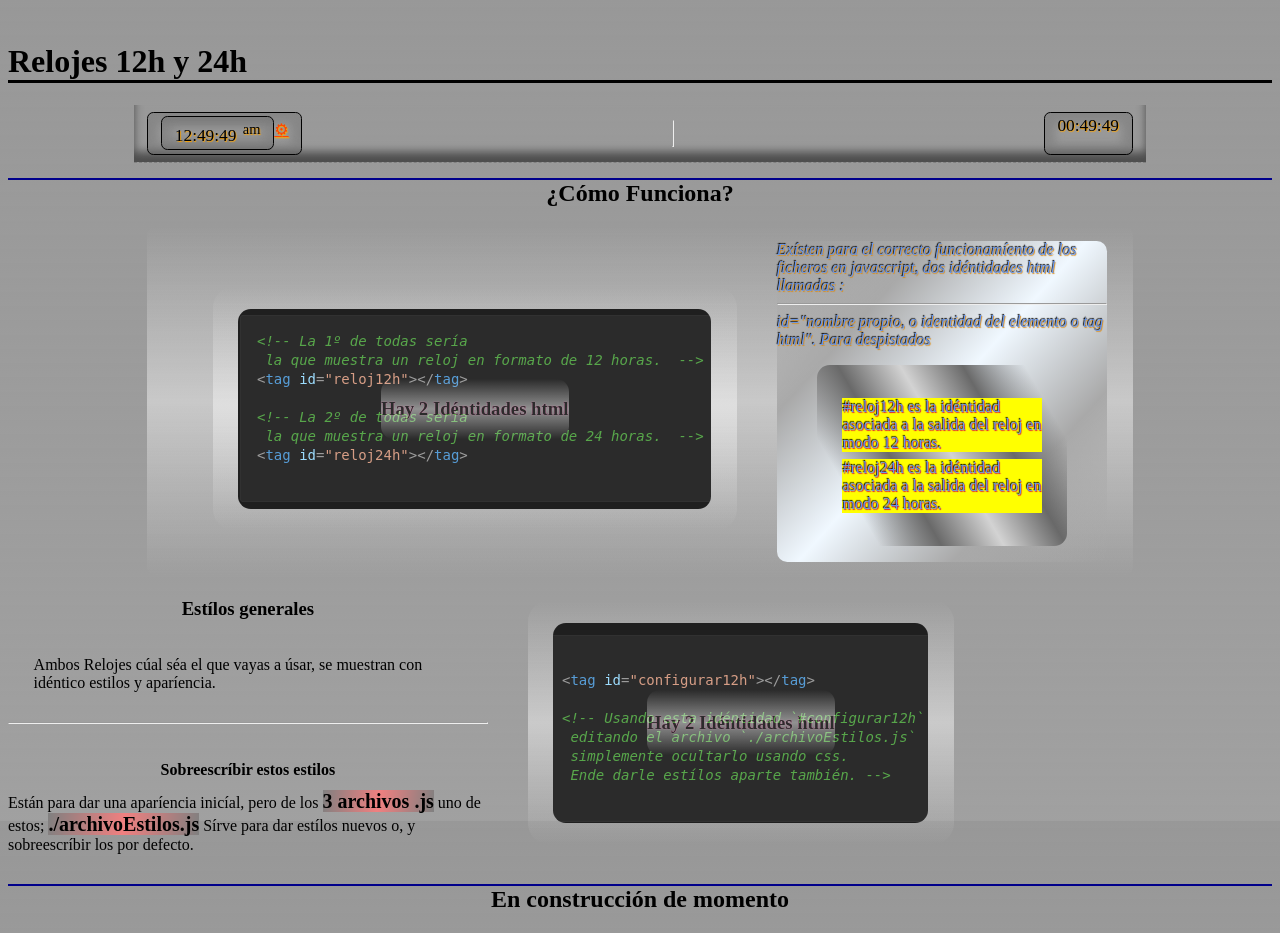
Repository: marcostonfor/clocks
Page: index.html
These files come from the project's save history. The page is drawn as it stood at one moment and after the next save; the edit follows.
The browser window is 1280 px wide. The pictures show the whole page.

Above is the page before, as saved 2024-09-19 01:22:09.

### index.html
<!DOCTYPE html>
<html lang="ca-ES, en-US">

<head>
    <meta charset="utf-8">
    <meta name="viewport" content="width=device-width, initial-scale=1">
    <title>relojes</title>
    <style>

        * {
            box-sizing: border-box;
        }

        body {
            background-image: repeating-linear-gradient(0deg, hsla(0, 0%, 41%, 0.63) 12%, hsla(0, 0%, 0%, 0.404));
        }

        h1 {
            margin-top: 6vh;
            border-bottom: 0.3vw solid black;
        }

        #dosRelojes {
            width: 80%;
            height: auto;
            margin: 2vh auto;
            padding: 1vh 1vw;
            display: flex;
            border-bottom: 0.1vw dashed gray;
            /* box-shadow: inset -0.2vh 0 06px hsl(41, 100%, 50%); */
            box-shadow: inset 0 -10px 10px rgba(0, 0, 0, 0.5);
        }

        summary::marker {
            content: none !important;
        }

        summary {
            cursor: pointer !important;
            color: orangered;
            text-decoration: underline;
            margin: 0.5vh auto;
            font-size: 12pt;
        }

        #caja12h {
            display: flex;
        }

        h2 {
            text-align: center;
            margin-top: 2vh;
            border-top: 0.2vw solid darkblue;
        }

        #identidades_principales {
            display: flex;
            justify-content: space-around;
            align-items:last baseline;
            padding: 2vh 2vw;
            width: 78%;
            margin: auto auto;
            background-image: repeating-linear-gradient(0deg, transparent, hsla(0, 0%, 96%, 0.5), transparent);
            border-radius: 0.755vw;
        }

        .conFoto figure {
            position: relative;
            display: flex;
            align-items: center;
            justify-content: center;
            background-image: repeating-linear-gradient(0deg, transparent, hsla(0, 0%, 96%, 0.5), transparent);
            padding: 3vh 2vw;
            border-radius: 1.6vw;
        }

        .conFoto figure img {
            border-radius: 1vw;
        }

        .conFoto figure figcaption {
            position: absolute;
            border-radius: 1vw;
            text-shadow: 0 0 1px hotpink;
            background-image:  repeating-linear-gradient(0deg, transparent, hsla(0, 0%, 96%, 0.5), transparent);
            mix-blend-mode: screen;
        }

        .conTexto  {
            width: fit-content;
            height: auto;
            color: cornflowerblue;
            text-shadow: 0.1vh 0.1vw 1px rgb(220, 140, 20), -0.1vh -0.1vw 1px black;
            background-image: repeating-linear-gradient(132deg, transparent, darkgray, aliceblue, darkgray, transparent);
            border-radius: 0.8vw;
        }

        .conTexto blockquote {
            padding: 2vw;
            border-radius: 1vw;
            background-image: linear-gradient(-120deg, transparent 12%, dimgray, lightgray, dimgray, transparent, transparent);
        }

        .conTexto blockquote mark {
            text-shadow: 0.1vh 0.1vw 1px rgb(220, 20, 60), -0.1vh -0.1vw 1px black;
            color: cornflowerblue !important;
            display: block;
            margin: 1vh auto;
        }

        #estilos_generales {
            width: 78%;
            display: flex;
            justify-content: space-around;
            align-items: center;

        }

        #estilos_generales article h3 {
            text-align: center;
            width: fit-content;
            margin: 3vh auto;
        }

        #textoGeneral {
            padding: 2vh 2vw;
            width: fit-content;
            /* border: 0.2vw solid black; */
            overflow: hidden;
        }

        .hache3 {
            display: block !important;
            text-align: center;
            margin: 1.5vh auto;
        }

        .code_md {
            font-weight: 800;
            font-size: calc(1em * 1.25);
            background-image: repeating-linear-gradient(98deg, gray, lightcoral, gray);
            padding: ;
        }
    </style>
</head>

<body>
    <header>
        <h1>Relojes 12h y 24h</h1>
        <aside id="dosRelojes">
            <div id="caja12h">
                <div id="reloj12h"></div>
            </div>
            <hr>
            <div id="reloj24h"></div>
        </aside>
        <nav></nav>
    </header>
    <main>
        <h2>¿Cómo Funciona?</h2>
        <section id="identidades_principales">
            <article class="conFoto">
                <figure>
                    <img src="./img/identidadesPrincipales.png" alt="foto de las id principales">
                <figcaption><h3>Hay 2 Idéntidades html</h3></figcaption>
                </figure>
            </article>
            <article class="conTexto">
                    <cite>Exísten para el correcto funcionamíento de los ficheros en javascript, dos idéntidades html
                        llamadas :</cite> <hr /><cite>id="nombre propio, o identidad del elemento o tag html". Para despistados</cite>
                <blockquote>
                    <mark>#reloj12h es la idéntidad asociada a la salida del reloj en modo 12 horas.</mark>

                    <mark>#reloj24h es la idéntidad asociada a la salida del reloj en modo 24 horas.</mark>
                </blockquote>
            </article>
        </section>
        <section id="estilos_generales">
            <article>
                <h3>Estílos generales</h3>
                <p id="textoGeneral">
                    Ambos Relojes cúal séa el que vayas a úsar, se muestran con idéntico estilos y aparíencia. <br><hr><br><strong class="hache3">Sobreescríbir estos estilos</strong>
                    Están para dar una aparíencia inicíal, pero de los <span class="code_md">3 archivos .js</span> uno de estos;

                    <span class="code_md">./archivoEstilos.js</span> Sírve para dar estílos nuevos o, y sobreescríbir los por defecto.
                </p>
            </article>
            <article class="conFoto">
                <figure>
                    <img src="./img/fotoDetails12h.png" alt="foto de las id principales">
                <figcaption><h3>Hay 2 Idéntidades html</h3></figcaption>
                </figure>
            </article>
        </section>
    </main>
    <h2>En construcción de momento</h2>
    <script type="module" src="./relojes.js"></script>
</body>

</html>

<!--<p>Este es un texto con un <span style="font-size: 125%;">texto 25% más grande</span> que el resto.</p>
-->

### relojes.js

import { estilosPersonales } from './archivoEstilos.js';
import { conf12h } from './archivoConfiguracion.js';
function laHora() {
	const Reloj = class {
		constructor(formato, salida) {
			this.ahora = new Date();
			this.reloj = {
				hora: this.ahora.getHours(),
				minuto: this.ahora.getMinutes(),
				segundo: this.ahora.getSeconds()
			};
			this._formato = formato;
			this._salida = salida;
		}

		get formato() {
			return this._formato;
		}

		get salida() {
			return this._salida;
		}

		set formato(horaActual) {
			this._formato = horaActual;
		}

		set salida(output) {
			this._salida = output;
		}

		anyadirCero(formatear) {
			return formatear <= 9 ? "0" + formatear : formatear;
		}

		_12h() {
			let horas = this.reloj.hora % 12;
			if (horas === 0) horas = 12;
			const amOpm = this.reloj.hora >= 12 ? "pm" : "am";
			this._formato = `${this.anyadirCero(horas)}:${this.anyadirCero(this.reloj.minuto)}:${this.anyadirCero(this.reloj.segundo)}<sup>${amOpm}</sup>`;
			return this._formato;
		}

		_24h() {
			this._formato = `${this.anyadirCero(this.reloj.hora)}:${this.anyadirCero(this.reloj.minuto)}:${this.anyadirCero(this.reloj.segundo)}`;
			return this._formato;
		}
	};

	const laSalida = () => {
		const salida = document.getElementById("reloj12h");
		const salida24h = document.getElementById("reloj24h");
		const doceHoras = new Reloj();
	//	salida.innerHTML = doceHoras._12h();
	//	salida24h.innerHTML = doceHoras._24h();

 // Verifica si existe el elemento #reloj12h
 if (salida) {
	salida.innerHTML = doceHoras._12h();
	conf12h(); // Llamada a la función conf12h() si el elemento existe
}

// Verifica si existe el elemento #reloj24h
if (salida24h) {
	salida24h.innerHTML = doceHoras._24h();
}


	function estiloscss(estilosPersonales) {

		const estils = document.createElement('STYLE');
		estils.textContent = `
* {
    box-sizing: border-box;
}

div {
    text-align: center;
    width: fit-content;
    border: 0.1vw solid black;
    font-size: 13pt;
    padding: 0.5vh 1vw;
    box-shadow: inset 0 0 10px 10px hsla(0, 0%, 41%, 0.397);
    font-family: 'Comic Sans MS';
    color: black;
    text-shadow: 0.1vh 0.1vw 1px orange;
    border-radius: 0.5vw;
}


sup {
    margin-left: 0.5vw !important;
}
	`;
		if (estilosPersonales) {
			estils.textContent += estilosPersonales;
		}


		document.head.appendChild(estils);
}

	// Llamada a la función con estilos adicionales
	estiloscss(estilosPersonales);


	};

// estiloscss();
return setInterval(laSalida, 1000);
}
laHora();

### archivoEstilos.js
export const estilosPersonales = `

    `;

### archivoConfiguracion.js
export function conf12h() {
    const config = document.createElement('DETAILS');
    const summary = document.createElement('SUMMARY');
    summary.innerHTML = `&#9881;`;
    config.appendChild(summary);

    // Verificar si el checkbox ya existe
    if (!document.getElementById('miCheckbox')) {
        const checkbox = document.createElement('input');
        checkbox.type = 'checkbox';
        checkbox.id = 'miCheckbox';
        checkbox.checked = true; // Mostrar <sup> por defecto

        const label = document.createElement('label');
        label.htmlFor = 'miCheckbox'; // Asegúrate de que coincida con el id del checkbox
        label.textContent = 'Ver "am" "pm"';

        // Crear un elemento <style> para manejar la visibilidad de <sup>
        let estils = document.getElementById('dynamicStyles');
        if (!estils) {
            estils = document.createElement('style');
            estils.id = 'dynamicStyles';
            document.head.appendChild(estils);
        }

        // Función para actualizar el estilo de <sup>
        const updateSupVisibility = () => {
            if (checkbox.checked) {
                estils.textContent = `
                    sup {
                        display: inline !important;
                    }
                `;
            } else {
                estils.textContent = `
                    sup {
                        display: none !important;
                    }
                `;
            }
        };

        // Inicializar el estilo de <sup>
        updateSupVisibility();

        // Agregar un evento al checkbox para alternar la visibilidad de <sup>
        checkbox.addEventListener('change', updateSupVisibility);

        const mostrarConfiguracion = document.getElementById('caja12h');
        // Agregar el checkbox y el label al cuerpo del documento
        label.appendChild(checkbox);
        config.appendChild(label);
        mostrarConfiguracion.appendChild(config);
    }
}

After the next save:
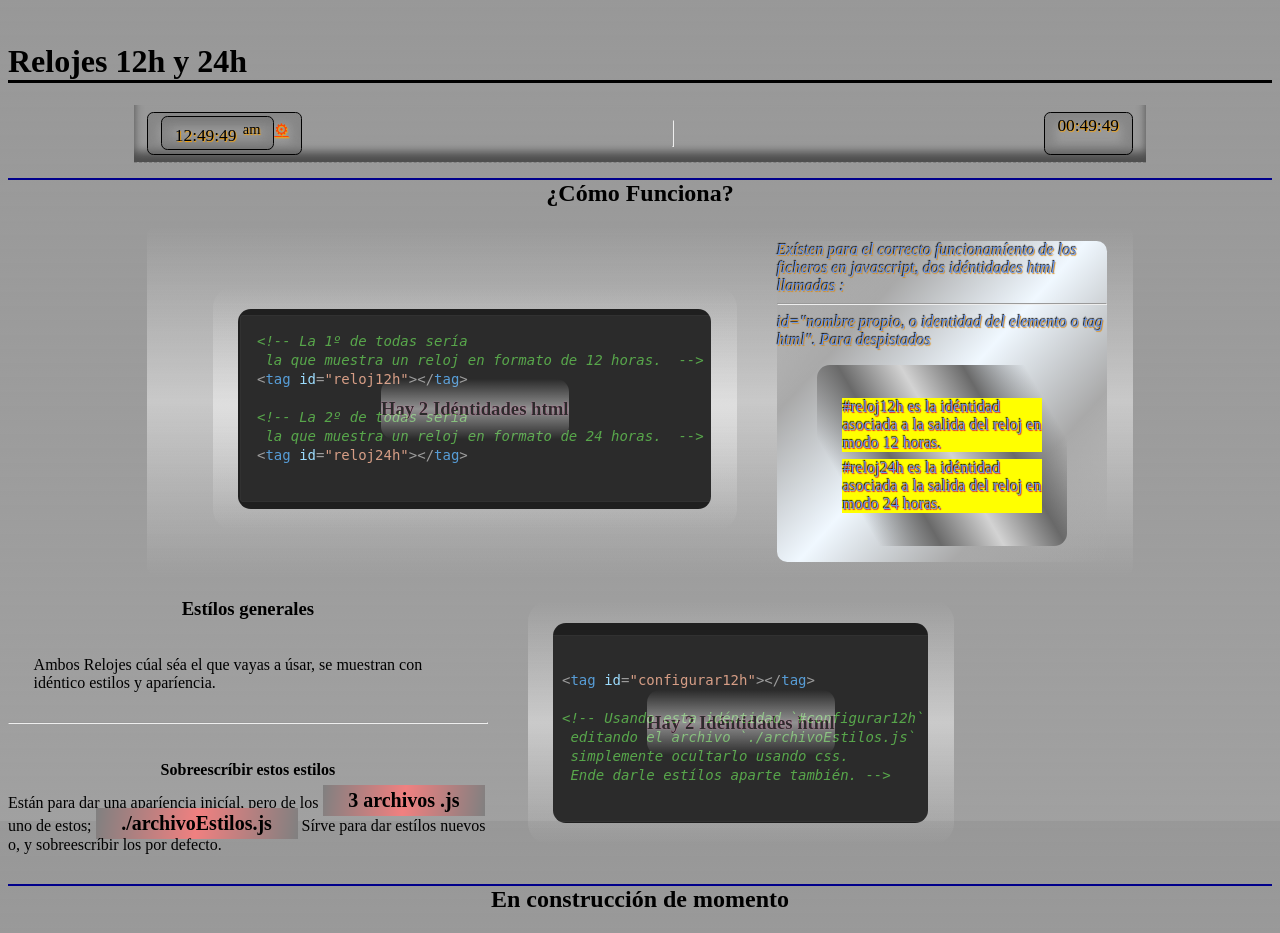
Saved 12 s later.
--- a/index.html
+++ b/index.html
@@ -139,7 +139,7 @@
             font-weight: 800;
             font-size: calc(1em * 1.25);
             background-image: repeating-linear-gradient(98deg, gray, lightcoral, gray);
-            padding: ;
+            padding: 0.6vh 2vw;
         }
     </style>
 </head>
